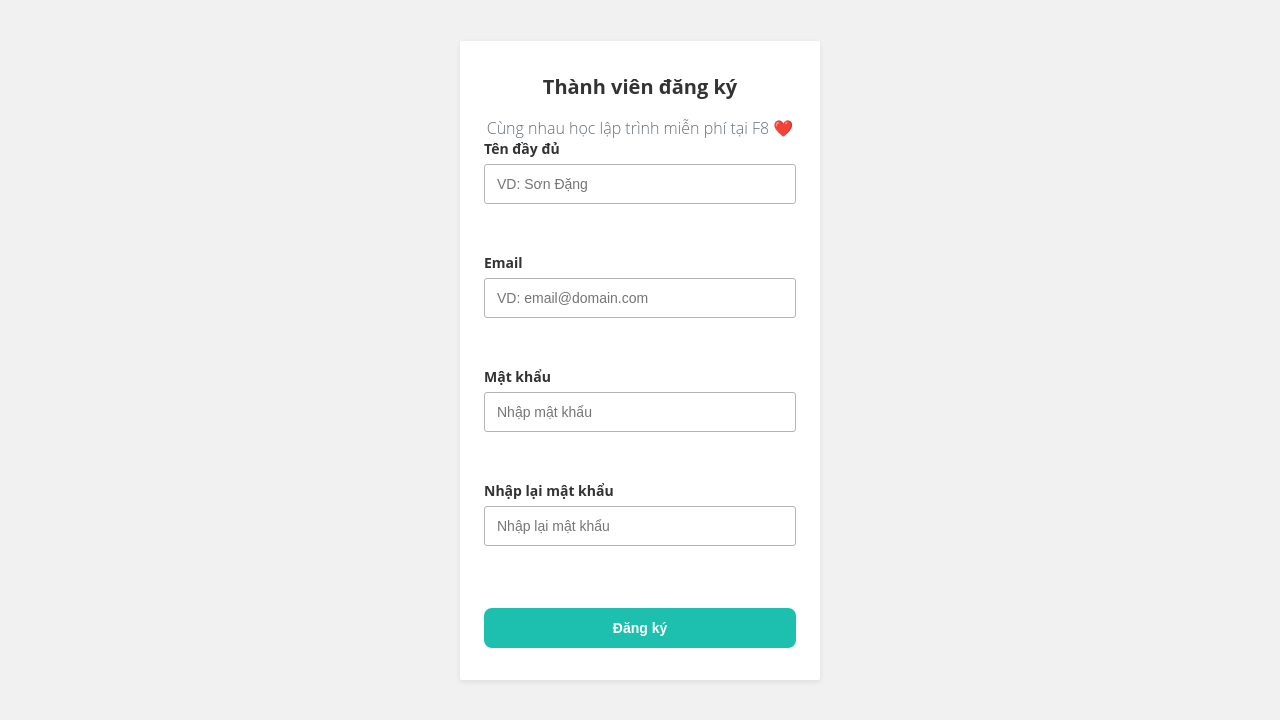
Repository: hoangnam180/FormValidate
Page: index.html
The author's editor kept a copy of each file at every save. The page is drawn from the files as they stood at one save, then again after the next save.
The browser window is 1280 px wide. The pictures show the whole page.

Above is the page before, as saved 2021-11-03 16:52:15.

### index.html
<!DOCTYPE html>
<html lang="en">
<head>
    <meta charset="UTF-8">
    <meta http-equiv="X-UA-Compatible" content="IE=edge">
    <meta name="viewport" content="width=device-width, initial-scale=1.0">
    <link rel="stylesheet" href="./style.css">
    <title>Form Validation</title>
</head>
<body>
    <div class="main">

        <form action="" method="POST" class="form" id="form-1">
          <h3 class="heading">Thành viên đăng ký</h3>
          <p class="desc">Cùng nhau học lập trình miễn phí tại F8 ❤️</p>

          <!-- <div class="spacer"></div> -->

          <div class="form-group">
            <label for="fullname" class="form-label">Tên đầy đủ</label>
            <input id="fullname" name="fullname" type="text" placeholder="VD: Sơn Đặng" class="form-control">
            <span class="form-message"></span>
          </div>

          <div class="form-group">
            <label for="email" class="form-label">Email</label>
            <input id="email" name="email" type="text" placeholder="VD: email@domain.com" class="form-control">
            <span class="form-message"></span>
          </div>

          <div class="form-group">
            <label for="password" class="form-label">Mật khẩu</label>
            <input id="password" name="password" type="password" placeholder="Nhập mật khẩu" class="form-control">
            <span class="form-message"></span>
          </div>

          <div class="form-group">
            <label for="password_confirmation" class="form-label">Nhập lại mật khẩu</label>
            <input id="password_confirmation" name="password_confirmation" placeholder="Nhập lại mật khẩu" type="password" class="form-control">
            <span class="form-message"></span>
          </div>

          <button class="form-submit">Đăng ký</button>
        </form>

      </div>
</body>
</html>

### style.css
 *{
    padding: 0;
    margin: 0;
    box-sizing: border-box;
  }

  html {
    color: #333;
    font-size: 62.5%;
    font-family: "Open Sans", sans-serif;
  }
  .main {
    background: #f1f1f1;
    min-height: 100vh;
    display: flex;
    justify-content: center;
  }
  .form {
    width: 360px;
    min-height: 100px;
    padding: 32px 24px;
    text-align: center;
    background: #fff;
    border-radius: 2px;
    margin: 24px;
    align-self: center;
    box-shadow: 0 2px 5px 0 rgba(51, 62, 73, 0.1);
  }
  .form .heading {
    font-size: 2rem;
  }
  .form .desc {
    text-align: center;
    color: #636d77;
    font-size: 1.6rem;
    font-weight: lighter;
    line-height: 2.4rem;
    margin-top: 16px;
    font-weight: 300;
  }

  .form-group {
    display: flex;
    margin-bottom: 16px;
    flex-direction: column;
  }

  .form-label,
  .form-message {
    text-align: left;
  }

  .form-label {
    font-weight: 700;
    padding-bottom: 6px;
    line-height: 1.8rem;
    font-size: 1.4rem;
  }

  .form-control {
    height: 40px;
    padding: 8px 12px;
    border: 1px solid #b3b3b3;
    border-radius: 3px;
    outline: none;
    font-size: 1.4rem;
  }

  .form-control:hover {
    border-color: #1dbfaf;
  }

  .form-group.invalid .form-control {
    border-color: #f33a58;
  }

  .form-group.invalid .form-message {
    color: #f33a58;
  }

  .form-message {
    font-size: 1.2rem;
    line-height: 1.6rem;
    padding: 4px 0 0;
  }

  .form-submit {
    outline: none;
    background-color: #1dbfaf;
    margin-top: 12px;
    padding: 12px 16px;
    font-weight: 600;
    color: #fff;
    border: none;
    width: 100%;
    font-size: 14px;
    border-radius: 8px;
    cursor: pointer;
  }

  .form-submit:hover {
    background-color: #1ac7b6;
  }

  .spacer {
    margin-top: 36px;
  }

  .form-group::after{
      content: "";
      margin-bottom: 30px;
      width: 100px;
  }

After the next save:
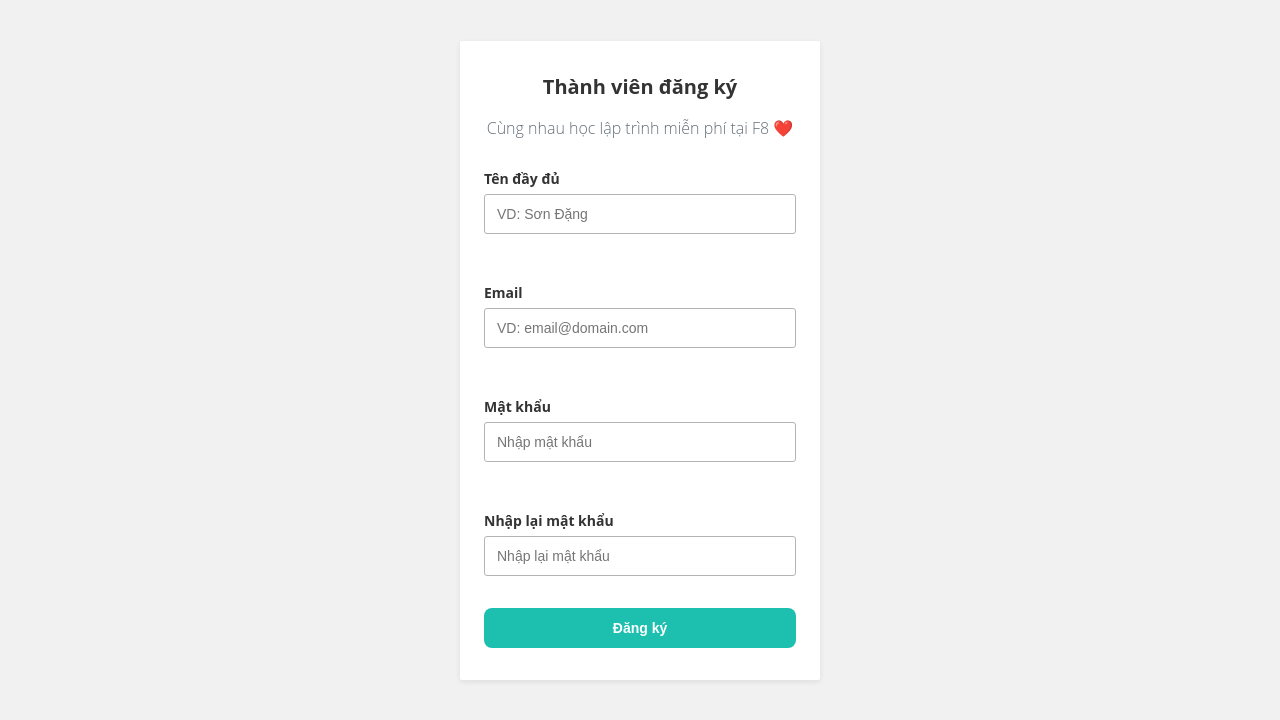
Saved 17 s later.
--- a/style.css
+++ b/style.css
@@ -106,8 +106,7 @@
     margin-top: 36px;
   }
 
-  .form-group::after{
+  .form-group::before{
       content: "";
       margin-bottom: 30px;
-      width: 100px;
   }
